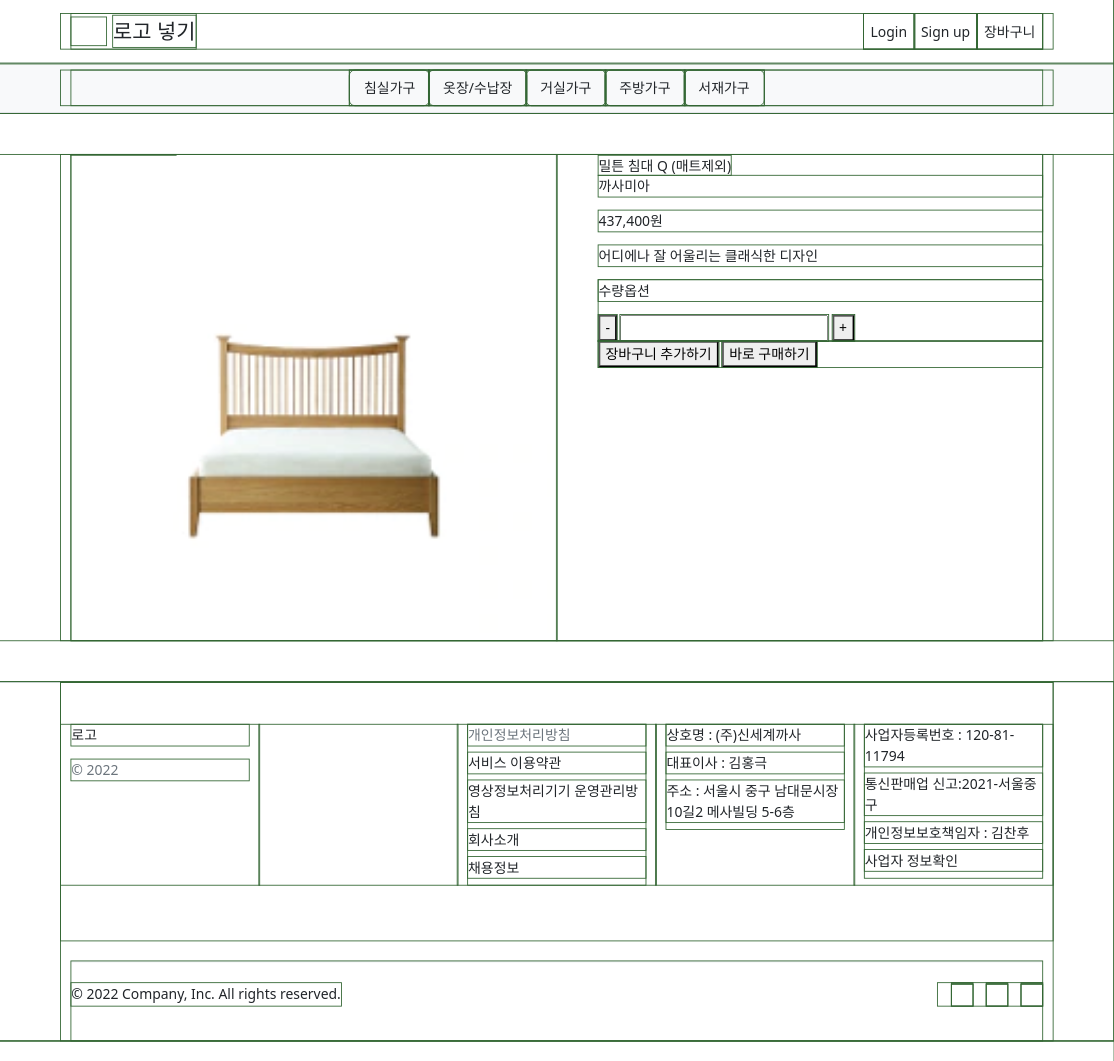
Repository: raoniee/Elice-House-Project
Page: FE/views/pages/main/item-detail-page.html
An editor plug-in stored every save of this project. The page is shown before and after the next save, followed by the edit.
The browser window is 1280 px wide. The pictures show the whole page, at 87% of full size.

Above is the page before, as saved 2023-07-06 15:02:11.

### FE/views/pages/main/item-detail-page.html
<!DOCTYPE html>
<html lang="ko">
  <head>
    <meta charset="UTF-8" />
    <meta http-equiv="X-UA-Compatible" content="IE=edge" />
    <meta name="viewport" content="width=device-width, initial-scale=1.0" />
    <title>Elice-House/item-detail</title>
    <link
      href="https://cdn.jsdelivr.net/npm/bootstrap@5.2.3/dist/css/bootstrap.min.css"
      rel="stylesheet"
      integrity="sha384-rbsA2VBKQhggwzxH7pPCaAqO46MgnOM80zW1RWuH61DGLwZJEdK2Kadq2F9CUG65"
      crossorigin="anonymous"
    />
    <!-- header.module.js -->
    <script
      src="../../components/header/header.js"
      type="module"
      defer
    ></script>
    <!-- footer.module.js -->
    <script
      src="../../components/footer/footer.js"
      type="module"
      defer
    ></script>
    <!-- item-detail-page.module.js -->
    <script src="./item-detail-page.js" type="module" defer></script>
    <style>
      * {
        outline: 1px solid #363;
      }
    </style>
  </head>
  <body>
    <header class="header">
      <!-- header template로 삽입 -->
    </header>

    <main>
      <div class="container my-5">
        <div
          class="menu_bar d-flex justify-content-between"
          style="width: 120px"
        >
          <!-- menu_bar template로 삽입 -->
        </div>

        <div class="item_detail_card d-flex justify-content-between">
          <img
            class="w-50"
            src="../../../public/assets/imgs/item-list-card.webp"
            alt="가구"
          />
          <div class="item_detail_content w-50 ps-5">
            <span class="item_detail_name">밀튼 침대 Q (매트제외)</span>
            <p class="item_detail_brand">까사미아</p>
            <p class="item_detail_price">437,400원</p>
            <p class="item_detail_desc">어디에나 잘 어울리는 클래식한 디자인</p>
            <div class="item_detail_quantity">
              <p>수량옵션</p>
              <button id="minus">-</button>
              <input type="number" />
              <button id="plus">+</button>
            </div>
            <div class="item_detail_option">
              <button class="basket">장바구니 추가하기</button>
              <button class="purchase">바로 구매하기</button>
            </div>
          </div>
        </div>
      </div>
    </main>

    <footer class="footer">
      <!-- footer template로 삽입 -->
    </footer>

    <script
      src="https://cdn.jsdelivr.net/npm/bootstrap@5.2.3/dist/js/bootstrap.bundle.min.js"
      integrity="sha384-kenU1KFdBIe4zVF0s0G1M5b4hcpxyD9F7jL+jjXkk+Q2h455rYXK/7HAuoJl+0I4"
      crossorigin="anonymous"
    ></script>
  </body>
</html>

### FE/views/components/header/header.js
export const drawHeader = () => {
  let headerTemplate = `
  <div class="py-3 border-bottom">
      <div class="container d-flex flex-wrap justify-content-center">
        <a
          href="/"
          class="d-flex align-items-center mb-3 mb-lg-0 me-lg-auto text-dark text-decoration-none"
        >
          <svg class="bi me-2" width="40" height="32">
            <use xlink:href="#bootstrap" />
          </svg>
          <span class="fs-4">로고 넣기</span>
        </a>
        <ul class="nav">
          <li class="nav-item">
            <a href="" class="nav-link link-dark px-2">Login</a>
          </li>
          <li class="nav-item">
            <a href="" class="nav-link link-dark px-2">Sign up</a>
          </li>
          <li class="nav-item">
            <a href="" class="nav-link link-dark px-2">장바구니</a>
          </li>
        </ul>
      </div>
    </div>
    <nav class="py-2 bg-light border-bottom">
      <div class="container">
        <ul class="nav justify-content-center nav-pills">
          <li class="nav-item">
            <div class="dropdown text-end">
              <a
                href="#"
                class="d-block link-dark text-decoration-none nav-link"
                data-bs-toggle="dropdown"
                aria-expanded="false"
                >침실가구
              </a>
              <ul class="dropdown-menu text-small">
                <li><a class="dropdown-item" href="#">침대</a></li>
                <li><a class="dropdown-item" href="#">매트리스/토퍼</a></li>
                <li><a class="dropdown-item" href="#">화장대/콘솔/거울</a></li>
                <li><a class="dropdown-item" href="#">서랍장/협탁</a></li>
              </ul>
            </div>
          </li>
          <li class="nav-item">
            <div class="dropdown text-end">
              <a
                href="#"
                class="d-block link-dark text-decoration-none nav-link"
                data-bs-toggle="dropdown"
                aria-expanded="false"
                >옷장/수납장
              </a>
              <ul class="dropdown-menu text-small">
                <li><a class="dropdown-item" href="#">옷장/붙박이장</a></li>
                <li><a class="dropdown-item" href="#">드레스룸/행거</a></li>
              </ul>
            </div>
          </li>
          <li class="nav-item">
            <div class="dropdown text-end">
              <a
                href="#"
                class="d-block link-dark text-decoration-none nav-link"
                data-bs-toggle="dropdown"
                aria-expanded="false"
                >거실가구
              </a>
              <ul class="dropdown-menu text-small">
                <li><a class="dropdown-item" href="#">소파</a></li>
                <li><a class="dropdown-item" href="#">거실테이블</a></li>
                <li><a class="dropdown-item" href="#">거실장</a></li>
              </ul>
            </div>
          </li>
          <li class="nav-item">
            <div class="dropdown text-end">
              <a
                href="#"
                class="d-block link-dark text-decoration-none nav-link"
                data-bs-toggle="dropdown"
                aria-expanded="false"
                >주방가구
              </a>
              <ul class="dropdown-menu text-small">
                <li><a class="dropdown-item" href="#">식탁/테이블</a></li>
                <li><a class="dropdown-item" href="#">홈바/아일랜드식탁</a></li>
                <li><a class="dropdown-item" href="#">식탁세트</a></li>
              </ul>
            </div>
          </li>
          <li class="nav-item">
            <div class="dropdown text-end">
              <a
                href="#"
                class="d-block link-dark text-decoration-none nav-link"
                data-bs-toggle="dropdown"
                aria-expanded="false"
                >서재가구
              </a>
              <ul class="dropdown-menu text-small">
                <li><a class="dropdown-item" href="#">책상/책장/ACC</a></li>
                <li><a class="dropdown-item" href="#">서재의자</a></li>
              </ul>
            </div>
          </li>
        </ul>
      </div>
    </nav>
    `;
  // .header 부분에 header.html을 삽입
  const headerTag = document.querySelector(".header");
  headerTag.innerHTML = headerTemplate;
};

### FE/views/components/footer/footer.js
export const drawFooter = () => {
  let footerTemplate = `        <div class="border-top">
        <div class="container">
      <div class="row py-5">
        <div class="col mb-3">
          <a
            href="/"
            class="d-flex align-items-center mb-3 link-dark text-decoration-none"
          >
            로고
          </a>
          <p class="text-muted">&copy; 2022</p>
        </div>

        <div class="col mb-3"></div>

        <div class="col mb-3">
          <ul class="nav flex-column">
            <li class="nav-item mb-2 text-muted">개인정보처리방침</li>
            <li class="nav-item mb-2">서비스 이용약관</li>
            <li class="nav-item mb-2">영상정보처리기기 운영관리방침</li>
            <li class="nav-item mb-2">회사소개</li>
            <li class="nav-item mb-2">채용정보</li>
          </ul>
        </div>

        <div class="col mb-3">
          <ul class="nav flex-column">
            <li class="nav-item mb-2">상호명 : (주)신세계까사</li>
            <li class="nav-item mb-2">대표이사 : 김홍극</li>
            <li class="nav-item mb-2">
              주소 : 서울시 중구 남대문시장10길2 메사빌딩 5-6층
            </li>
          </ul>
        </div>

        <div class="col mb-3">
          <ul class="nav flex-column">
            <li class="nav-item mb-2">사업자등록번호 : 120-81-11794</li>
            <li class="nav-item mb-2">통신판매업 신고:2021-서울중구</li>
            <li class="nav-item mb-2">개인정보보호책임자 : 김찬후</li>
            <li class="nav-item mb-2">사업자 정보확인</li>
          </ul>
        </div>
      </div>
      <div
        class="d-flex flex-column flex-sm-row justify-content-between py-4 my-4 border-top"
      >
        <p>&copy; 2022 Company, Inc. All rights reserved.</p>
        <ul class="list-unstyled d-flex">
          <li class="ms-3">
            <a class="link-dark" href="#"
              ><svg class="bi" width="24" height="24">
                <use xlink:href="#twitter" /></svg
            ></a>
          </li>
          <li class="ms-3">
            <a class="link-dark" href="#"
              ><svg class="bi" width="24" height="24">
                <use xlink:href="#instagram" /></svg
            ></a>
          </li>
          <li class="ms-3">
            <a class="link-dark" href="#"
              ><svg class="bi" width="24" height="24">
                <use xlink:href="#facebook" /></svg
            ></a>
          </li>
        </ul>
      </div>
    </div>

        </div>`;
  // .footer 부분에 footer.html을 삽입
  const footerTag = document.querySelector(".footer");
  footerTag.innerHTML = footerTemplate;
};

### FE/views/pages/main/item-detail-page.js
import { drawHeader } from "../../components/header/header.js";
import { drawFooter } from "../../components/footer/footer.js";

// Header, Footer 템플릿 삽입
drawHeader();
drawFooter();

After the next save:
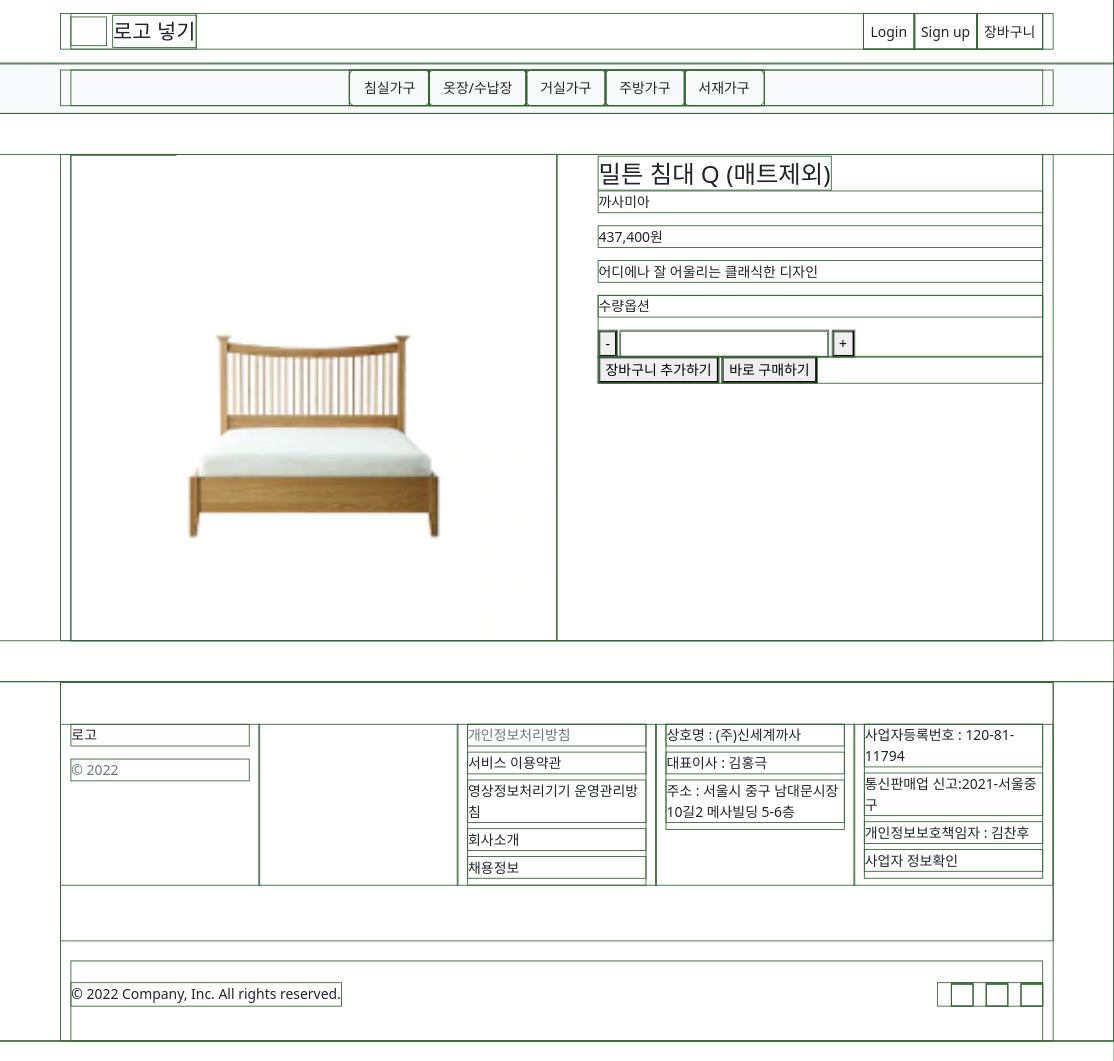
Saved 34 s later.
--- a/FE/views/pages/main/item-detail-page.html
+++ b/FE/views/pages/main/item-detail-page.html
@@ -52,7 +52,7 @@
             alt="가구"
           />
           <div class="item_detail_content w-50 ps-5">
-            <span class="item_detail_name">밀튼 침대 Q (매트제외)</span>
+            <span class="item_detail_name fs-3">밀튼 침대 Q (매트제외)</span>
             <p class="item_detail_brand">까사미아</p>
             <p class="item_detail_price">437,400원</p>
             <p class="item_detail_desc">어디에나 잘 어울리는 클래식한 디자인</p>
